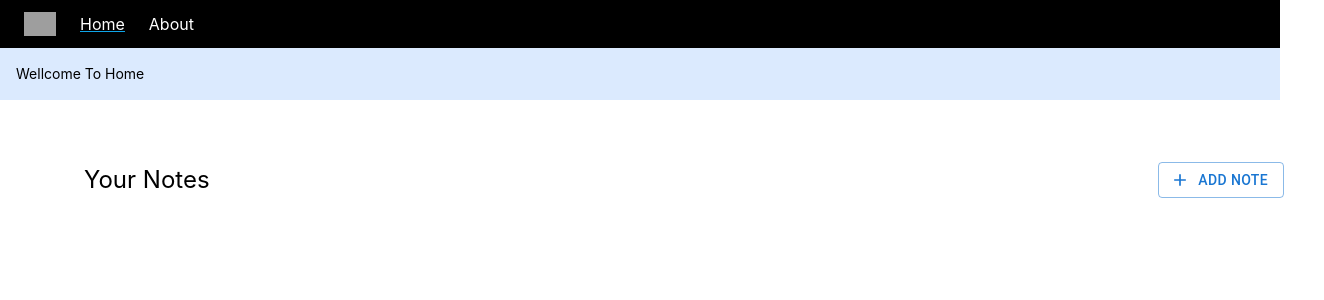
Repository: sonawaneteju4/iNote
Page: /
These files come from the project's save history. The page is drawn as it stood at one moment and after the next save; the edit follows.
The browser window is 1280 px wide. The page is 1324 px wide, so the pictures cover 1324 px, including what lies to the right of the window. The pictures show the whole page.
Pictures or frames that could not be fetched are drawn as grey boxes. The page's requests for data from a server got no answer. Some web libraries are served in a nearby version. The project was rebuilt for these pictures with package versions that can differ from the ones it lists, and the page was loaded fresh each time. No one was signed in, and anything a server would have sent is missing. Also part of the build but not shown: src/App.css, src/components/NoteModal.js, src/components/NoteCard.js, src/components/About.js.

Above is the page before, as saved 2022-10-12 01:13:21.

After the next save:
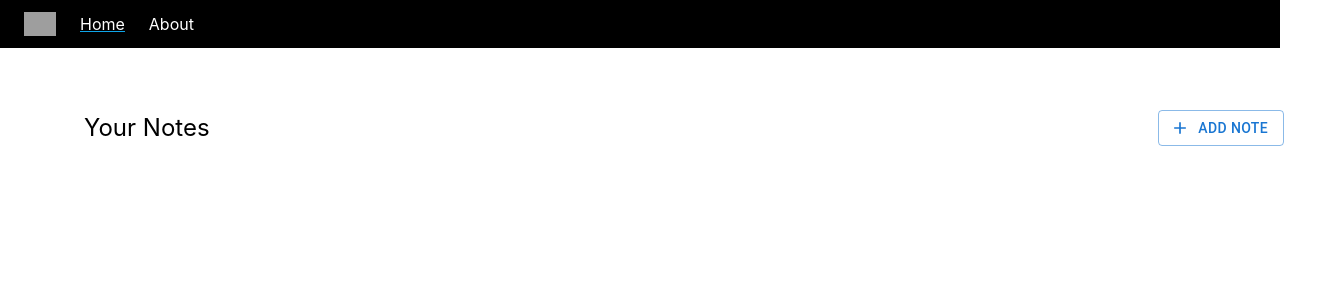
Saved 34 s later.
--- a/src/App.js
+++ b/src/App.js
@@ -12,7 +12,6 @@ function App() {
       <NoteState>
         <BrowserRouter>
           <Navbar />
-          <Alert message="Wellcome To Home"/>
           <div className="container m-11">
 
           <Routes>
